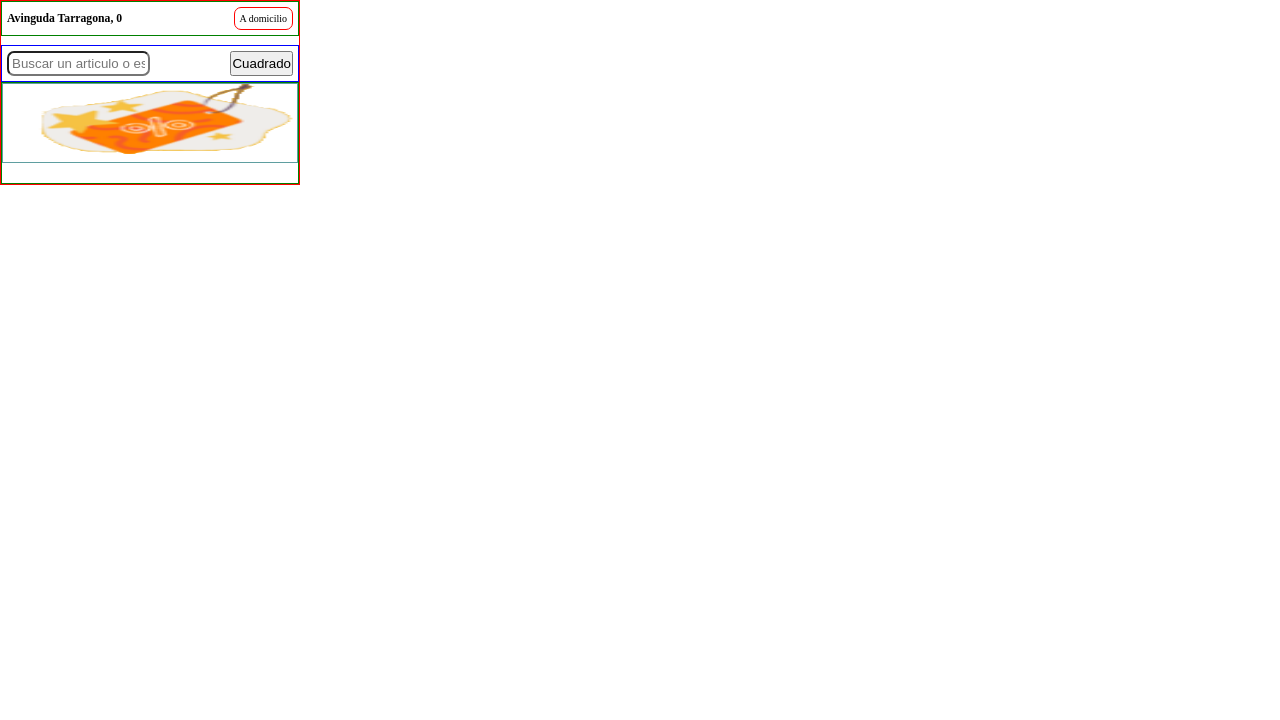
Repository: Srpinedaa/justEat
Page: index.html
These files come from the project's save history. The page is drawn as it stood at one moment and after the next save; the edit follows.
The browser window is 1280 px wide. The pictures show the part of the page from y = 0 to 931 px (the page is 720 px tall before and 1985 px after).
A picture or video elsewhere on the page could not be fetched, so the positions and the page height are approximate.

Above is the page before, as saved 2024-09-26 16:22:53.

After the next save:
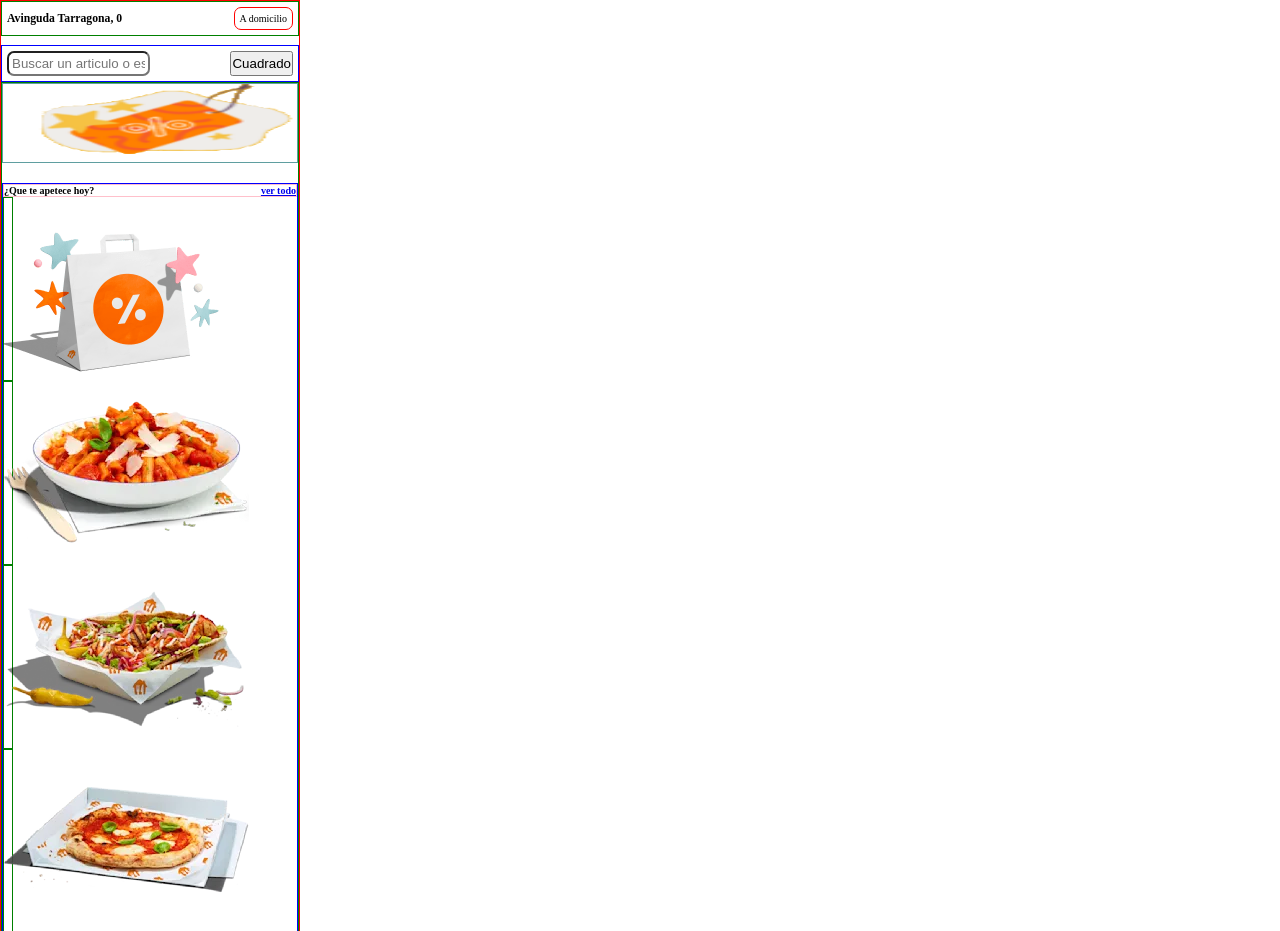
Saved 9 s later.
--- a/index.html
+++ b/index.html
@@ -28,7 +28,7 @@
                 <div id="slideShow">
                     <img src="img/descuento.png" alt="descuentos">
                 </div>
-                <!-- <div id="bloque1">
+                <div id="bloque1">
                     <section class="bloque1Sesion1">
                         <h4>¿Que te apetece hoy?</h4>
                         <h4><a href="#">ver todo</a></h4>
@@ -77,7 +77,7 @@
                                 <p>3.7(3)</p>
                                 <p>Kebab, pizza</p>
                                 <p>1.6km</p>
-                            </div> -->
+                            </div>
                         </div>
                     </section>
                 </div>
